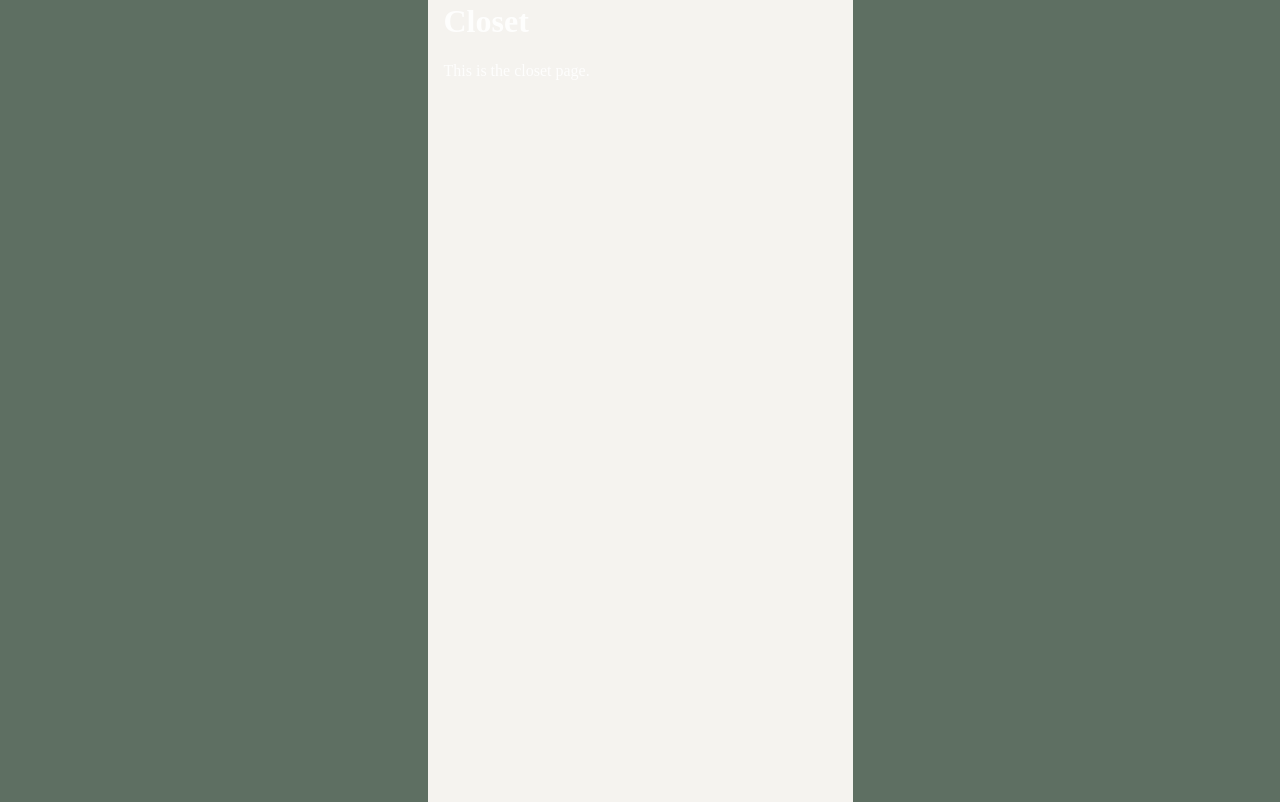
Repository: Strawb3rryjam/app-slotion
Page: /Closet
These files come from the project's save history. The page is drawn as it stood at one moment and after the next save; the edit follows.
The browser window is 1280 px wide. The pictures show the whole page.
The project was rebuilt for these pictures with package versions that can differ from the ones it lists, and the page was loaded fresh each time. Also part of the build but not shown: vite.config.js, src/App.css. Imported but missing from the stored project, and not drawn on this page: src/pages/Home.

Above is the page before, as saved 2025-05-05 09:22:19.

After the next save:
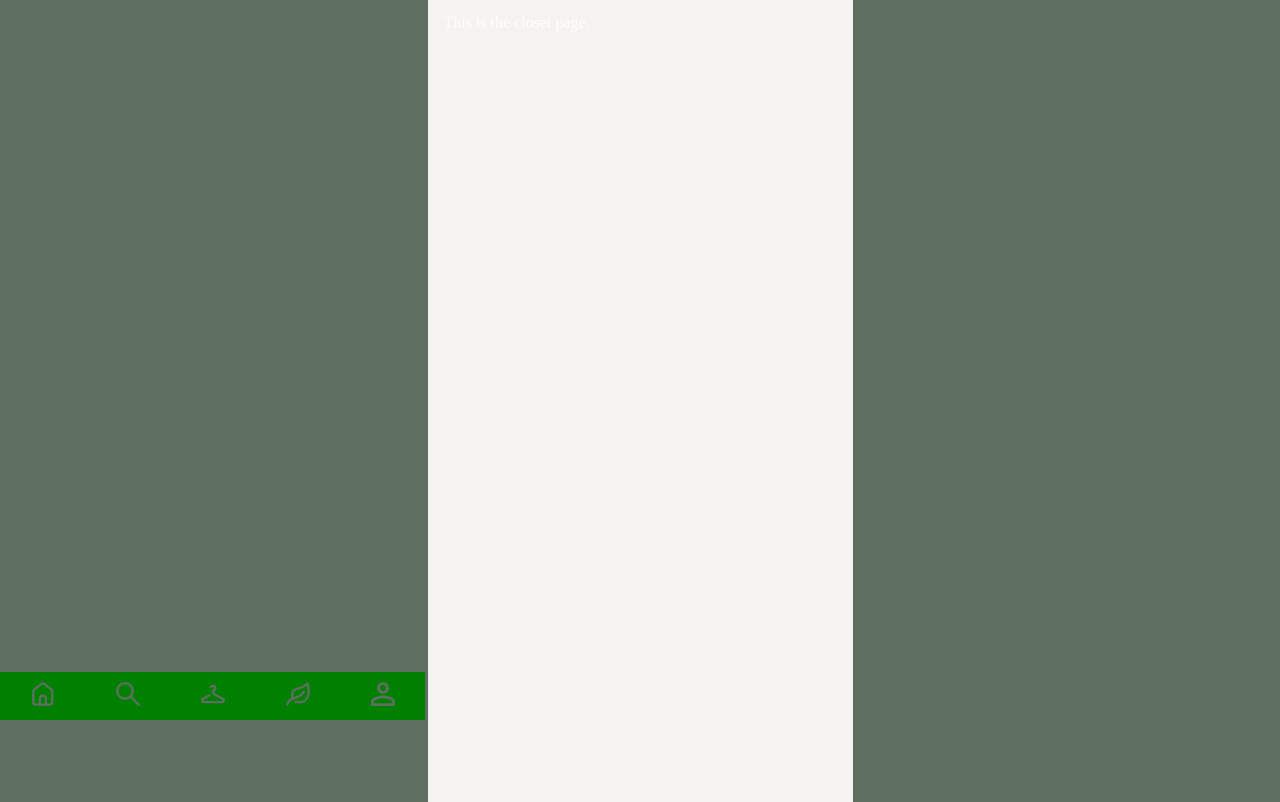
Saved 47 s later.
--- a/src/css/NavBar.module.css
+++ b/src/css/NavBar.module.css
@@ -1,10 +1,12 @@
 .navbar {
     background-color: green;
     padding: 10px 0;
-    width: 425px;
-    position: sticky;
-    justify-content: center;
-    margin-left: -15px; /* Center the navbar */
+    width: 425px; /* Width of your navbar */
+    position: absolute;  /* Keep navbar fixed at the bottom of the body */
+    bottom: 0;           /* Position it at the bottom of the screen */
+    left: 0;             /* Align it to the left */
+    display: flex;
+    justify-content: flex-start; /* Align content to the left inside the navbar */
   }
 
   .navbar-links {

After the 3 saves that followed:
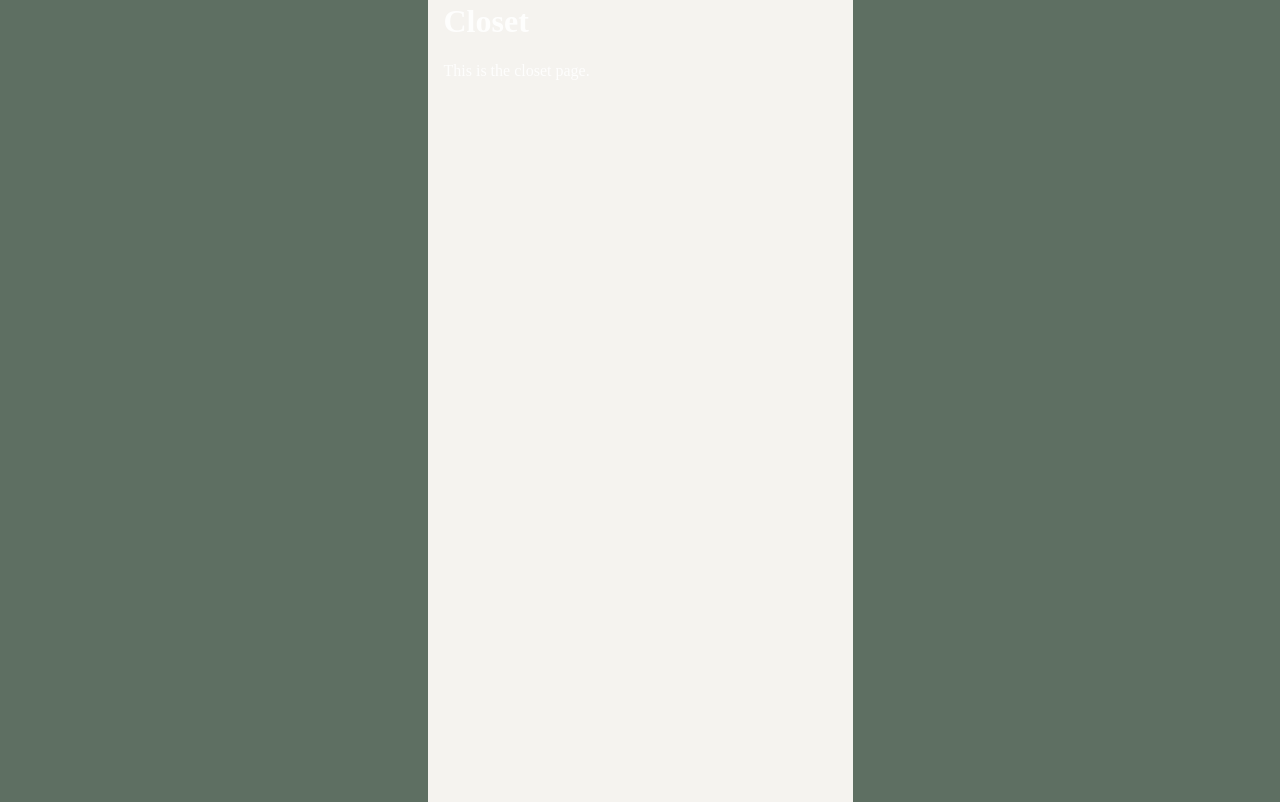
The 3 saves are shown as one change because 2 left the picture as it was.
The last was saved 40 s later.
--- a/src/css/NavBar.module.css
+++ b/src/css/NavBar.module.css
@@ -1,12 +1,10 @@
 .navbar {
     background-color: green;
     padding: 10px 0;
-    width: 425px; /* Width of your navbar */
-    position: absolute;  /* Keep navbar fixed at the bottom of the body */
-    bottom: 0;           /* Position it at the bottom of the screen */
-    left: 0;             /* Align it to the left */
-    display: flex;
-    justify-content: flex-start; /* Align content to the left inside the navbar */
+    width: 425px;
+    position: sticky;
+    justify-content: center;
+    margin-left: -15px; /* Center the navbar */
   }
 
   .navbar-links {
